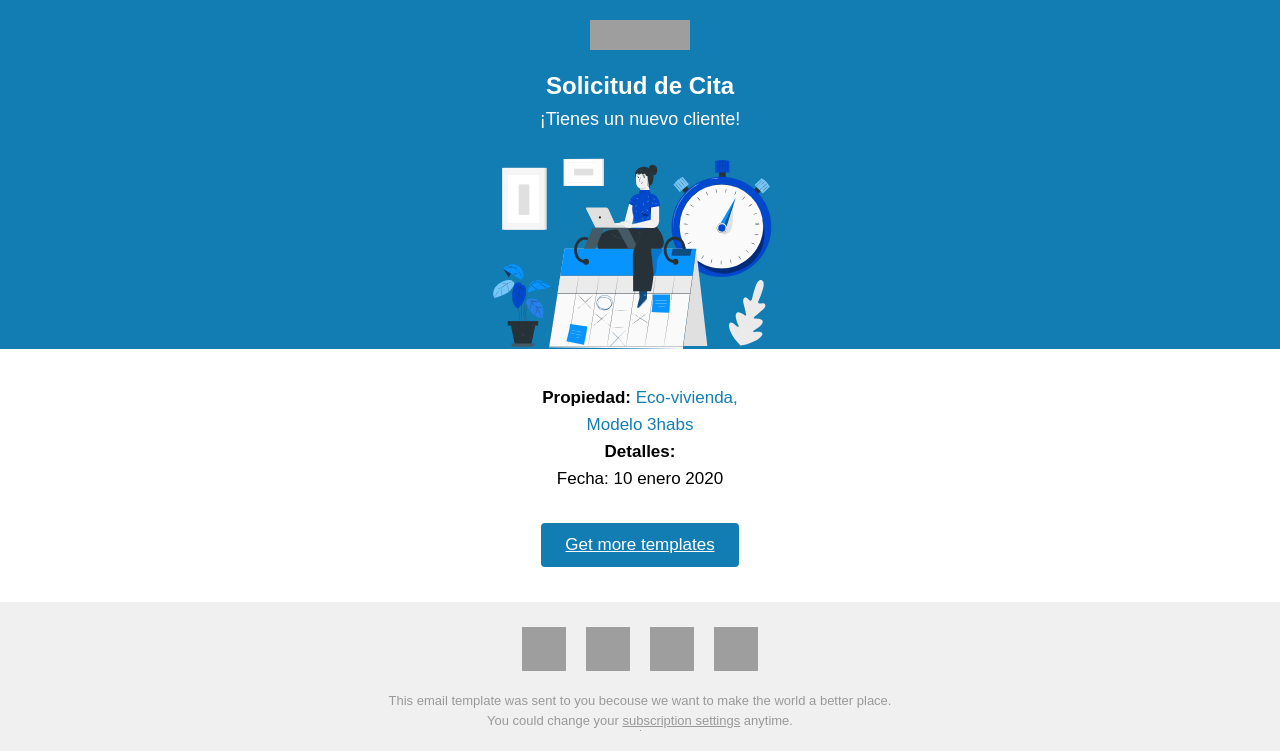
Repository: FabioMadrid/atlas_code
Page: correo_cita_vendedor.html
The author's editor kept a copy of each file at every save. The page is drawn from the files as they stood at one save, then again after the next save.
The browser window is 1280 px wide. The pictures show the whole page.
Pictures or frames that could not be fetched are drawn as grey boxes.

Above is the page before, as saved 2021-01-14 16:31:34.

After the next save:
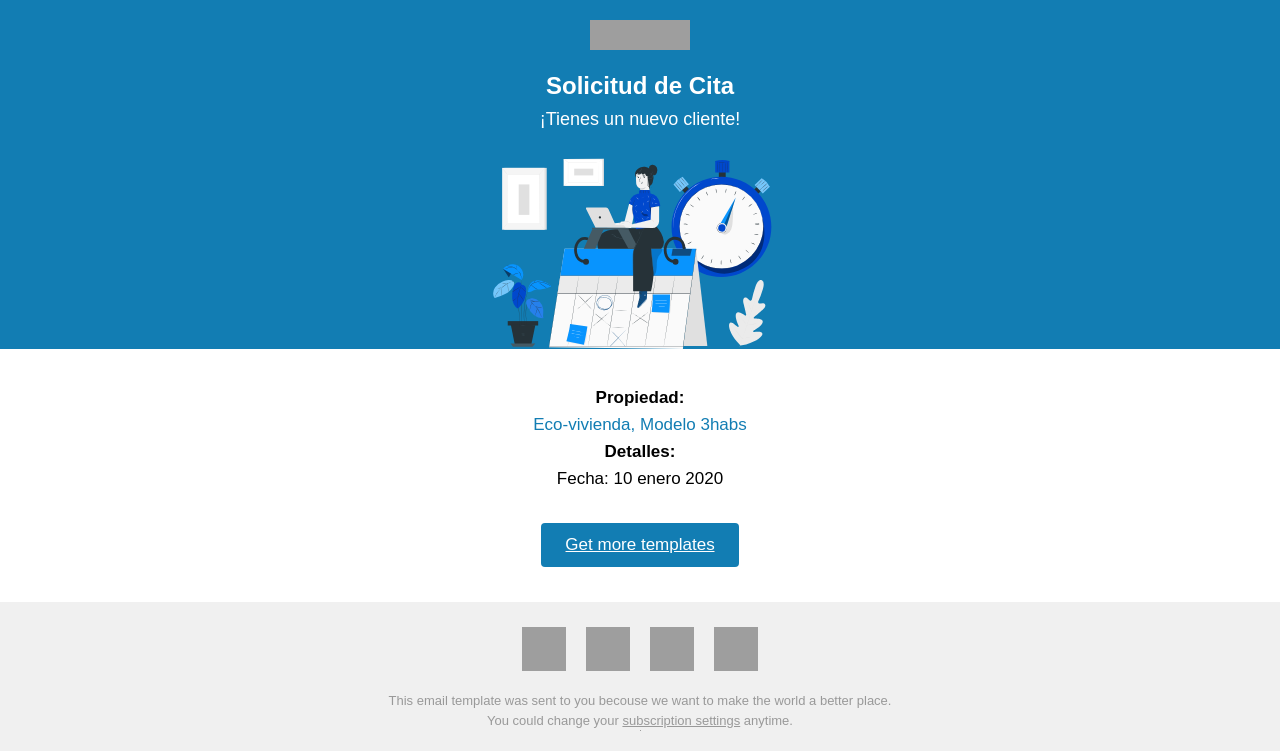
Saved 16 s later.
--- a/correo_cita_vendedor.html
+++ b/correo_cita_vendedor.html
@@ -150,7 +150,7 @@ a, a:hover {
 			padding-top: 30px;
 			font-family: sans-serif;
             color: #000000;">
-            <b>Propiedad:</b>
+            <b>Propiedad:</b> <br>
 
             <a target="_blank" style="text-decoration: none;
 			font-size: 17px; line-height: 160%;"
